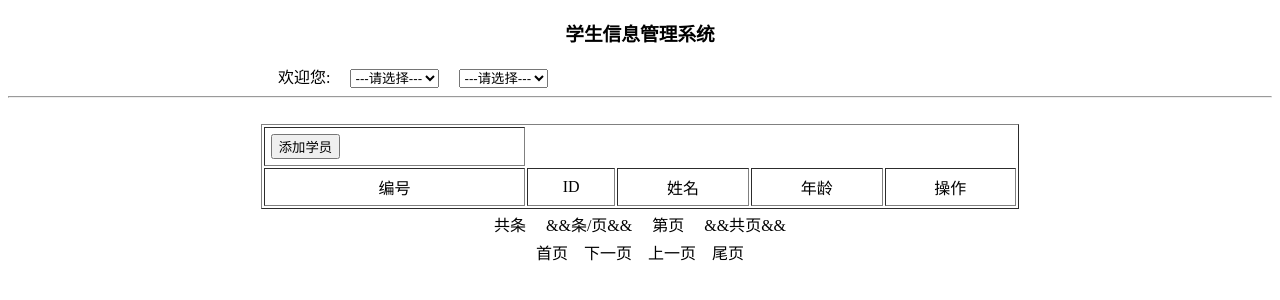
Repository: DataBoxWx/mvc_servlet_3
Page: http://localhost/crud_1/ajax/studentlist.jsp
An editor plug-in stored every save of this project. The page is shown before and after the next save, followed by the edit.
The browser window is 1280 px wide. The pictures show the whole page.
The page is served by Tomcat 9. Other server files are loaded and not shown.

Above is the page before, as saved 2018-05-08 11:37:20.

### crud_1/WebContent/ajax/studentlist.jsp
<%@ page language="java" contentType="text/html; charset=UTF-8"
    pageEncoding="UTF-8"%>
<%
	String basePath = request.getScheme() + "://" + request.getServerName() + ":" + 	request.getServerPort() + request.getContextPath() + "/";
%>
<!DOCTYPE html PUBLIC "-//W3C//DTD HTML 4.01 Transitional//EN" "http://www.w3.org/TR/html4/loose.dtd">
<html>
<head>
<base href="<%=basePath%>">
<meta http-equiv="Content-Type" content="text/html; charset=UTF-8">
<script type="text/javascript" src="js/jquery-1.8.3.min.js"></script>
<title>Insert title here</title>
<style type="text/css">
	td{
		text-align: center
	}
</style>
<script type="text/javascript">


	$(function(){
		$.post(
			"controller/list.do",
			function(data){
				$(data.slist).each(function(i){
					$("#tbody").append("<tr><td>"+i+"</td><td>"+this.id
							+"</td><td>"+this.name+"</td><td>"+this.age
							+"</td><td><a href='jsp/studentedit.jsp?id="+this.id
							+"'>编辑</a>||<a href='controller/delete.do?id="+this.id
							+"'>删除</a></td></tr>");
				})
			},
			"json"
		)

		$("#addBtn").click(function(){
			location.href="jsp/studentadd.jsp";
		})

	})
</script>
</head>
<body>
	<h3 align="center">学生信息管理系统</h3>
	<span style="margin-left: 270px" >欢迎您:${username}&nbsp;&nbsp;&nbsp;&nbsp;
		<select id="pid">
			<option>---请选择---</option>
		</select>&nbsp;&nbsp;&nbsp;&nbsp;
		<select id="cid">
			<option>---请选择---</option>
		</select>
	</span><br/>
	<hr/><br>
	<table align="center" border="1" cellpadding="6" width="60%">
		<thead>
			<tr>
				<td style="text-align: left">
					<button id="addBtn">添加学员</button>&nbsp;&nbsp;
				</td>
			</tr>
			<tr>
				<td>编号</td>
				<td>ID</td>
				<td>姓名</td>
				<td>年龄</td>
				<td>操作</td>
			</tr>
		</thead>
		<tbody id="tbody">

		</tbody>
	</table>
	<table align="center" border="0">
			<tr>
				<td>
					共<span id="total"></span>条&nbsp;&nbsp;&nbsp;&nbsp;
					&&<span id="pageCount"></span>条/页&&&nbsp;&nbsp;&nbsp;&nbsp;
					第<span id="pageNu"></span>页&nbsp;&nbsp;&nbsp;&nbsp;
					&&共<span id="pageSize"></span>页&&


				</td>
			</tr>
			<tr>
				<td>
					<a>首页</a>&nbsp;&nbsp;&nbsp;
					<a>下一页</a>&nbsp;&nbsp;&nbsp;
					<a>上一页</a>&nbsp;&nbsp;&nbsp;
					<a>尾页</a>
				</td>
			</tr>
	</table>
</body>
</html>

### crud_1/src/com/bjpowernode/crud/controller/StudentController.java
 package com.bjpowernode.crud.controller;

import java.io.IOException;
import java.io.PrintWriter;
import java.util.ArrayList;
import java.util.List;

import javax.servlet.ServletException;
import javax.servlet.http.HttpServlet;
import javax.servlet.http.HttpServletRequest;
import javax.servlet.http.HttpServletResponse;

import com.bjpowernode.crud.domain.Students;
import com.bjpowernode.crud.service.StudentService;
import com.bjpowernode.crud.service.impl.StudentServiceImpl;
import com.bjpowernode.crud.util.ServiceFactory;
import com.sun.org.apache.bcel.internal.generic.NEW;

public class StudentController extends HttpServlet{
	@Override
	protected void doGet(HttpServletRequest request, HttpServletResponse response) throws ServletException, IOException {
		response.setContentType("text/html;charset=utf-8");
		request.setCharacterEncoding("utf-8");
		StudentService studentService  = (StudentService) ServiceFactory.getService(new StudentServiceImpl());
		String path = request.getServletPath();
		if("/controller/list.do".equals(path)){

			list(request,response,studentService);

		}else if("/controller/save.do".equals(path)){

			save(request,response,studentService);
			response.sendRedirect(request.getContextPath()+"/ajax/studentlist.jsp");

		}else if("/controller/delete.do".equals(path)){

			delete(request,response,studentService);
			response.sendRedirect(request.getContextPath()+"/ajax/studentlist.jsp");

		}else if("/controller/update.do".equals(path)){

			update(request,response,studentService);
			response.sendRedirect(request.getContextPath()+"/ajax/studentlist.jsp");

		}else if("/controller/edit.do".equals(path)){
			edit(request,response,studentService);
		}
	}
	private void edit(HttpServletRequest request, HttpServletResponse response, StudentService studentService) throws IOException {
		String id = request.getParameter("id");

		Students stu = studentService.getStudentById(id);
		StringBuffer buffer = new StringBuffer();
		//{"id":"?","name":"?","age":?}
		buffer.append("{\"id\":\"");
		buffer.append(stu.getId());
		buffer.append("\",\"name\":\"");
		buffer.append(stu.getName());
		buffer.append("\",\"age\":");
		buffer.append(stu.getAge());
		buffer.append("}");
		PrintWriter out = response.getWriter();
		out.print(buffer.toString());
		out.close();

	}
	private void update(HttpServletRequest request, HttpServletResponse response, StudentService studentService) {
		String id = request.getParameter("id");
		String name = request.getParameter("name");
		String ageStr = request.getParameter("age");
		int age = Integer.valueOf(ageStr);
		Students stu = new Students();
		stu.setId(id);
		stu.setName(name);
		stu.setAge(age);
		studentService.updateStudent(stu);

	}
	private void delete(HttpServletRequest request, HttpServletResponse response, StudentService studentService) {
		String id = request.getParameter("id");
		studentService.deleteStudent(id);
	}
	private void save(HttpServletRequest request, HttpServletResponse response, StudentService studentService) {
		System.out.println("进入添加学生操作");
		String name = request.getParameter("username");
		String ageStr = request.getParameter("age");
		int age = Integer.valueOf(ageStr);
		Students stu = new Students();
		stu.setName(name);
		stu.setAge(age);
		studentService.addStudent(stu);

	}
	private void list(HttpServletRequest request, HttpServletResponse response, StudentService studentService) throws IOException {
		System.out.println("进入学生列表操作");
		List<Students> slist = studentService.getAll();
		StringBuffer buffer = new StringBuffer();
		//{"slist":[{"id":"?","name":"?","age":?}]}
		buffer.append("{\"slist\":[");
		for(int i = 0; i< slist.size();i++){
			Students stu = slist.get(i);
			buffer.append("{\"id\":\"");
			buffer.append(stu.getId());
			buffer.append("\",\"name\":\"");
			buffer.append(stu.getName());
			buffer.append("\",\"age\":");
			buffer.append(stu.getAge());
			buffer.append("}");
			if( i< slist.size()-1){
				buffer.append(",");
			}
		}
		buffer.append("]}");
		System.out.println(buffer);
		PrintWriter out = response.getWriter();
		out.print(buffer.toString());
		out.close();
	}
	@Override
	protected void doPost(HttpServletRequest request, HttpServletResponse response) throws ServletException, IOException {
		this.doGet(request, response);
	}
}

Loaded but not shown: crud_1/WebContent/js/jquery-1.8.3.min.js (library)

After the next save:
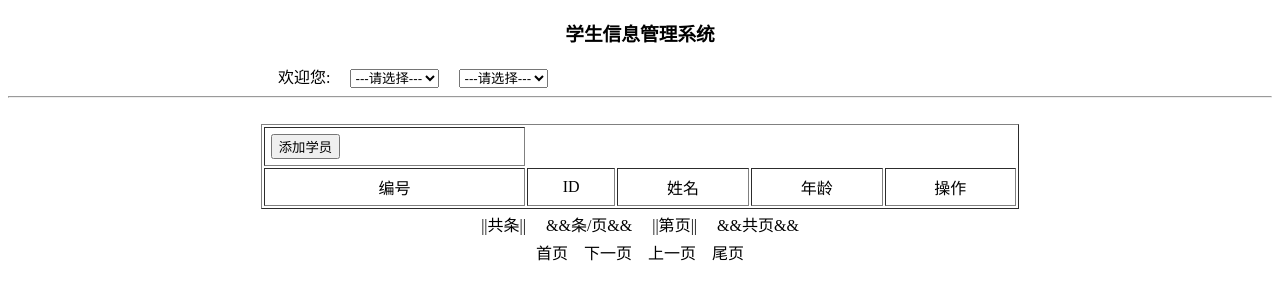
Saved 24 s later.
--- a/crud_1/WebContent/ajax/studentlist.jsp
+++ b/crud_1/WebContent/ajax/studentlist.jsp
@@ -73,9 +73,9 @@
 	<table align="center" border="0">
 			<tr>
 				<td>
-					共<span id="total"></span>条&nbsp;&nbsp;&nbsp;&nbsp;
+					||共<span id="total"></span>条||&nbsp;&nbsp;&nbsp;&nbsp;
 					&&<span id="pageCount"></span>条/页&&&nbsp;&nbsp;&nbsp;&nbsp;
-					第<span id="pageNu"></span>页&nbsp;&nbsp;&nbsp;&nbsp;
+					||第<span id="pageNu"></span>页||&nbsp;&nbsp;&nbsp;&nbsp;
 					&&共<span id="pageSize"></span>页&&
 
 
